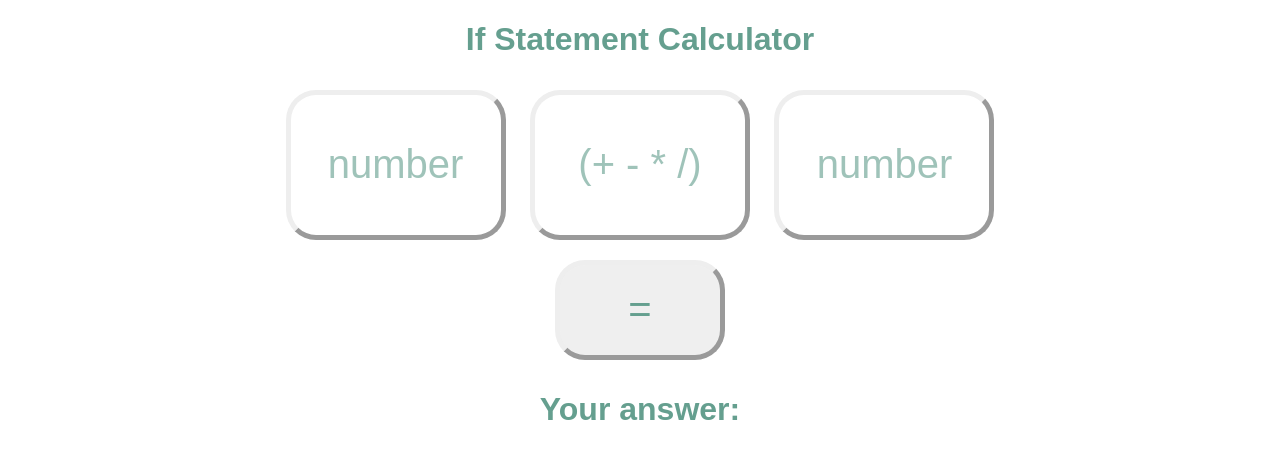
Repository: WesleyErasmus/threeInputCalculator
Page: html/if-calculator.html
An editor plug-in stored every save of this project. The page is shown before and after the next save, followed by the edit.
The browser window is 1280 px wide. The pictures show the whole page.

Above is the page before, as saved 2022-04-27 22:43:30.

### html/if-calculator.html
<!DOCTYPE html>
<html lang="en">
<head>
    <meta charset="UTF-8">
    <meta http-equiv="X-UA-Compatible" content="IE=edge">
    <meta name="viewport" content="width=device-width, initial-scale=1.0">
    <title>JS If Calculator</title>
    <link rel="stylesheet" href="/css/stylesheet.css">
    <script src="/js/if-calculator.js"></script>
</head>
<body>

<center>
    <form onsubmit="return false;">
        <h1>If Statement Calculator</h1>
         <input id="input1" type="text" name = "input1" placeholder="number"> <!-- input-1 -->
         <input id="input3" type="text" name = "input3" placeholder="(+ - * /)"> <!-- input-3 (operator) -->
         <input id="input2" type="text" name = "input2" placeholder="number"> <!-- input-2 -->
        <div>
         <button onclick="sum()">=</button>
        </div>
         <h1>Your answer:</h1>
         <p id="output"></p>
    </form>
</center>
</body>
</html>

### css/stylesheet.css
body {
font-family: sans-serif;
/* background-color: #9e9e9e; */
}
h1 {
    color: #659f8f;
}
form {
display: block;
margin: 0 auto;
}
input {
    /* background-color: #9e9e9e; */
    width: 170px;
    height: 100px;
    padding: 20px;
    margin: 10px;
    text-align: center;
    font-size: 40px;
    border-radius: 30px;
    border: 5px outset;
}
button {
    /* background-color: #d5613a; */
    color: #659f8f;
    width: 170px;
    height: 100px;
    padding: 0;
    margin: 10px;
    font-size: 40px;
    border-radius: 30px;
    border: 5px outset;
}
p {
    text-align: center;
    margin: 10px;
    padding: 20px;
    font-size: 75px;
    border-radius: 10px;
    color: #d5613a;
}
::placeholder {
    color: #659f8f9f;
}

### js/if-calculator.js
function sum() {
const num1 = document.getElementById("input1").value;
const num2 = document.getElementById("input2").value;
const operator = document.getElementById("input3").value;
const output = document.getElementById("output").value;
  let answer;
  document.getElementById("output").value;
  if (operator == '+') {
    answer = +num1 + +num2;
    document.getElementById("output").innerHTML = answer;
  } else if (operator == '-') {
    answer = num1 - num2;
    document.getElementById("output").innerHTML = answer;
  } else if (operator == '*') {
    answer = num1 * num2;
    document.getElementById("output").innerHTML = answer;
  } else {
    answer = num1 / num2;
    document.getElementById("output").innerHTML = answer;
  }console.log(answer);
}

After the next save:
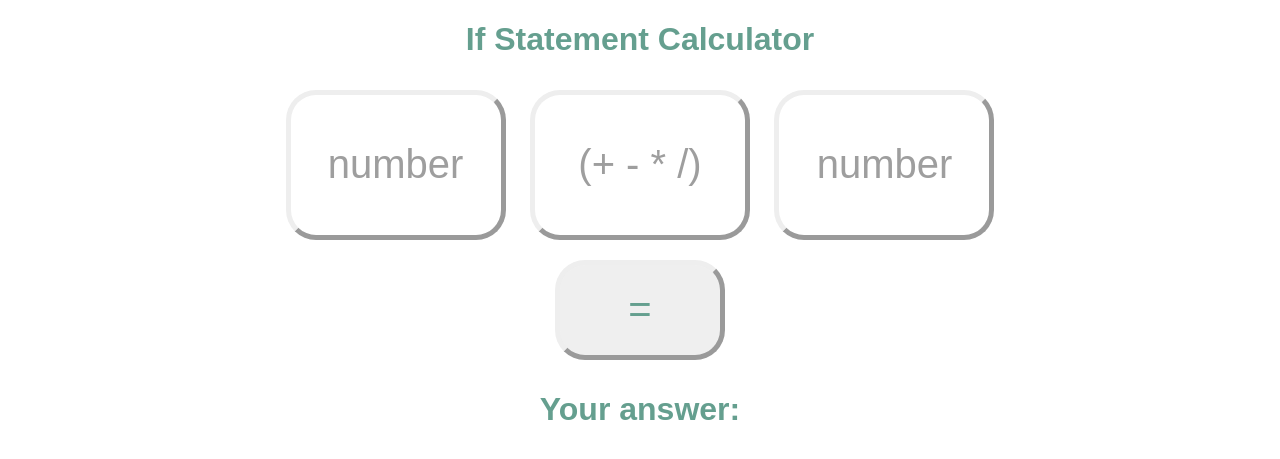
Saved 33 s later.
--- a/css/stylesheet.css
+++ b/css/stylesheet.css
@@ -40,5 +40,5 @@ p {
     color: #d5613a;
 }
 ::placeholder {
-    color: #659f8f9f;
+    color: #9e9e9e;
 }
